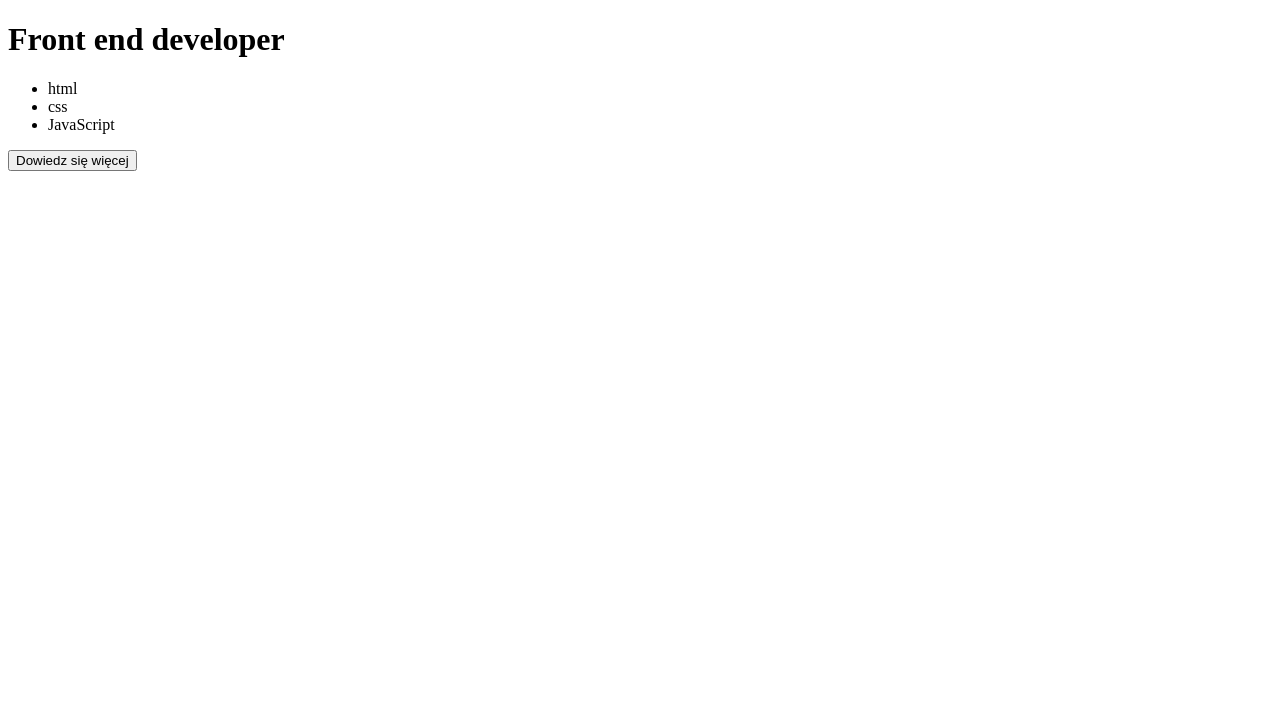
Repository: magdaf41/CSS
Page: zadanie_9/index.html
These files come from the project's save history. The page is drawn as it stood at one moment and after the next save; the edit follows.
The browser window is 1280 px wide. The pictures show the whole page.

Above is the page before, as saved 2020-08-24 22:27:44.

### zadanie_9/index.html
<!DOCTYPE html>
<html lang="en">

<head>
    <meta charset="UTF-8">
    <meta name="viewport" content="width=device-width, initial-scale=1.0">
    <title>Portfolio</title>
    <link rel="stylesheet" href="css/style.css">

</head>

<body>
<header id="header">
    <h1>Front end developer</h1>
    <div class="line"></div>
    <ul class="skills">
        <li>html</li>
        <li>css</li>
        <li>JavaScript</li>
    </ul>
    <button class="buttom">Dowiedz się więcej</button>
</header>
</body>

</html>

Loaded but not shown: zadanie_9/css/style.css (no stored copy; drawn as an empty file)

After the next save:
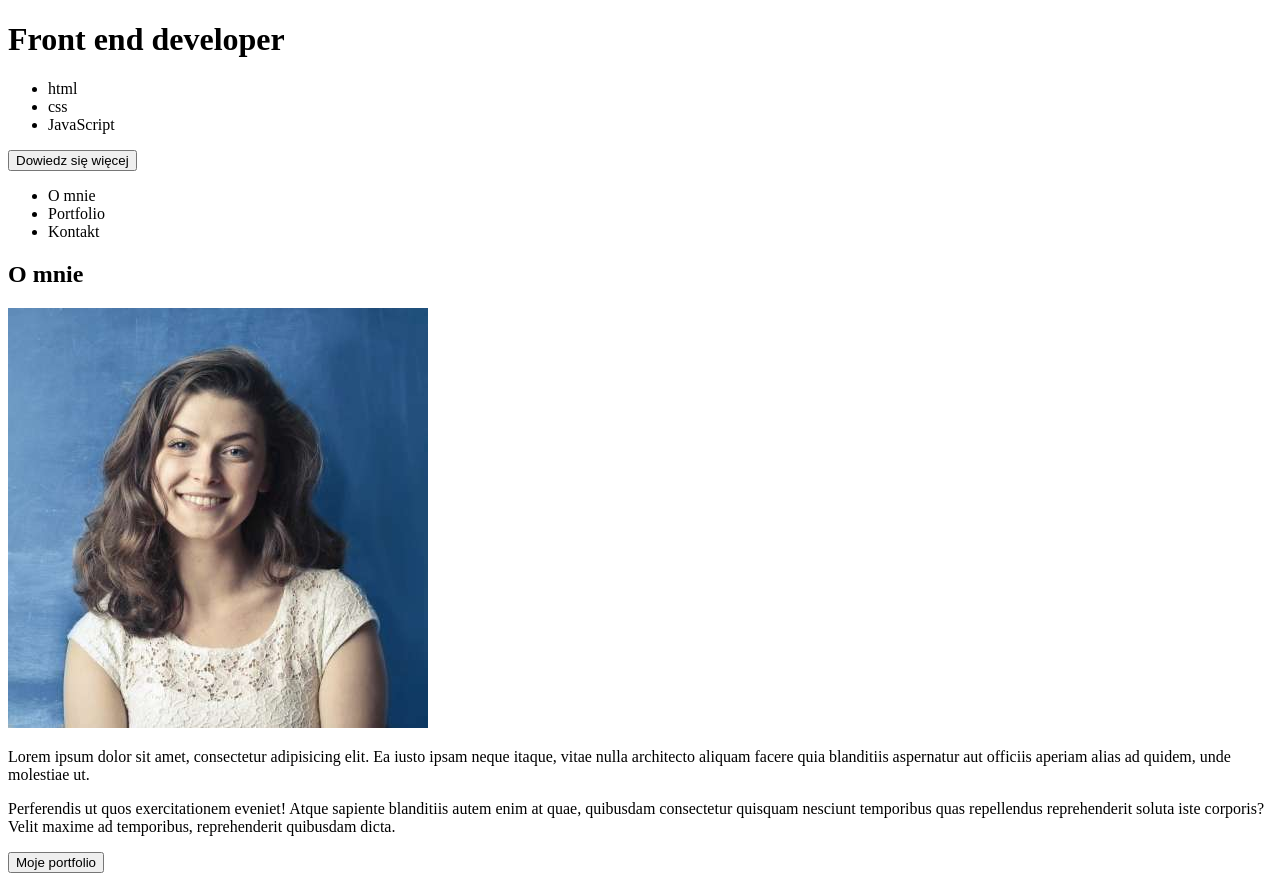
Saved 6 min 44 s later.
--- a/zadanie_9/index.html
+++ b/zadanie_9/index.html
@@ -10,16 +10,37 @@
 </head>
 
 <body>
-<header id="header">
-    <h1>Front end developer</h1>
-    <div class="line"></div>
-    <ul class="skills">
-        <li>html</li>
-        <li>css</li>
-        <li>JavaScript</li>
-    </ul>
-    <button class="buttom">Dowiedz się więcej</button>
-</header>
+    <header id="header">
+        <h1>Front end developer</h1>
+        <div class="line"></div>
+        <ul class="skills">
+            <li>html</li>
+            <li>css</li>
+            <li>JavaScript</li>
+        </ul>
+        <button class="button">Dowiedz się więcej</button>
+    </header>
+
+    <nav>
+        <ul class="menu">
+            <li id="aboutMe">O mnie </li>
+            <li id="portfolio">Portfolio</li>
+            <li id="contact">Kontakt</li>
+        </ul>
+    </nav>
+
+    <section class="aboutMe">
+        <h2 class="title">O mnie</h2>
+        <div class="line"></div>
+        <img src="img/about.jpg" alt="moje_zdjęcie">
+        <p>Lorem ipsum dolor sit amet, consectetur adipisicing elit. Ea iusto ipsam neque itaque, vitae nulla architecto
+            aliquam facere quia blanditiis aspernatur aut officiis aperiam alias ad quidem, unde molestiae ut.</p>
+        <p>Perferendis ut quos exercitationem eveniet! Atque sapiente blanditiis autem enim at quae, quibusdam
+            consectetur quisquam nesciunt temporibus quas repellendus reprehenderit soluta iste corporis? Velit maxime
+            ad temporibus, reprehenderit quibusdam dicta.</p>
+        <button class="button">Moje portfolio</button>
+
+    </section>
 </body>
 
 </html>
